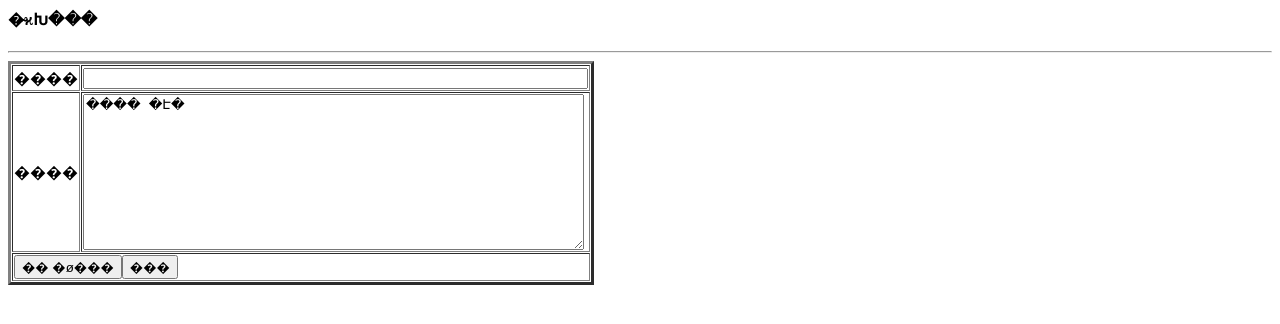
Repository: 2ujin/2018-PHP-afterschool
Page: http://localhost/CH06/ch06_05.php
An editor plug-in stored every save of this project. The page is shown before and after the next save, followed by the edit.
The browser window is 1280 px wide. The pictures show the whole page.
The page is run by PHP 8.4 with error messages shown; the project is at /var/www/html/.

Above is the page before, as saved 2018-07-31 01:10:16.

After the next save:
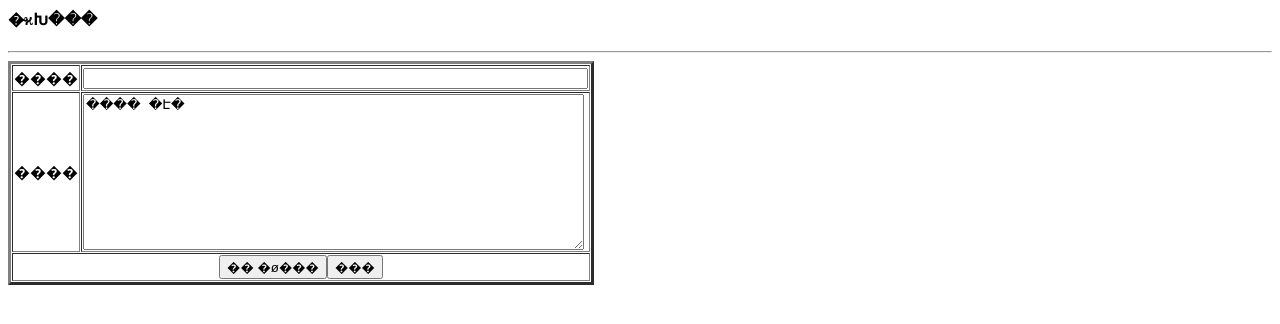
Saved 31 s later.
--- a/PHPStudy/CH06/ch06_05.php
+++ b/PHPStudy/CH06/ch06_05.php
@@ -3,7 +3,7 @@
 <table border = "3" width = "60" cellspacing="1" cellpaddding="4">
 <tr><td>제목</td><td><input type = text size = 60 id = title></input></td></tr>
 <tr><td valign = "middle">내용</td><td><textarea name = "content" cols = "60" rows = "10">내용 입력</textarea></td></tr>
-<tr><td colspan="2"><input type = "submit" value = "글 올리기" id = "submit"><input type="submit" value = "취소" id = "cancel"></td></tr>
+<tr><td colspan = "2" align="center"><input type = "submit" value = "글 올리기" id = "submit"><input type="submit" value = "취소" id = "cancel"></td></tr>
 </table>
 
 </html>
